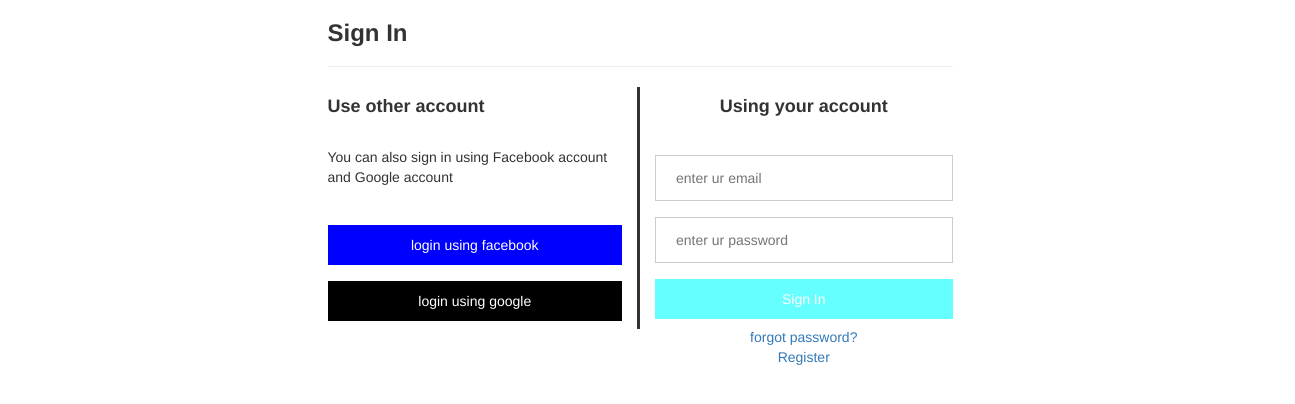
Repository: sujay-a-v/FunctionalPrograms
Page: http://localhost/CollegeApp/Signin.jsp
These files come from the project's save history. The page is drawn as it stood at one moment and after the next save; the edit follows.
The browser window is 1280 px wide. The page is 1295 px wide, so the pictures cover 1295 px, including what lies to the right of the window. The pictures show the whole page.
Some web libraries are served in a nearby version. The page is served by Tomcat 9.

Above is the page before, as saved 2017-10-29 05:35:18.
Console error: ReferenceError: $ is not defined

After the next save:
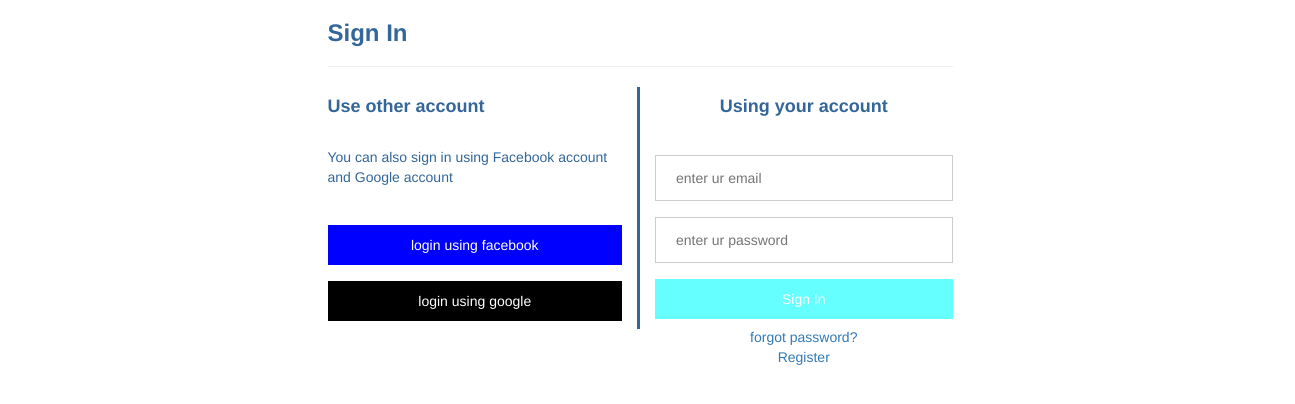
Saved 4 s later.
--- a/Sujay/Servlet/CollegeApp/WebContent/Signin.jsp
+++ b/Sujay/Servlet/CollegeApp/WebContent/Signin.jsp
@@ -43,7 +43,7 @@ if(error!=null || error!="")
 		<div align="center">
 
 
-				<div class="row" style="color: #36699">
+				<div class="row" style="color: #336699">
 					<div class="col-sm-3"></div>
 					<div class="col-sm-6">
 						<h3 align="left"><b>Sign In</b></h3>
